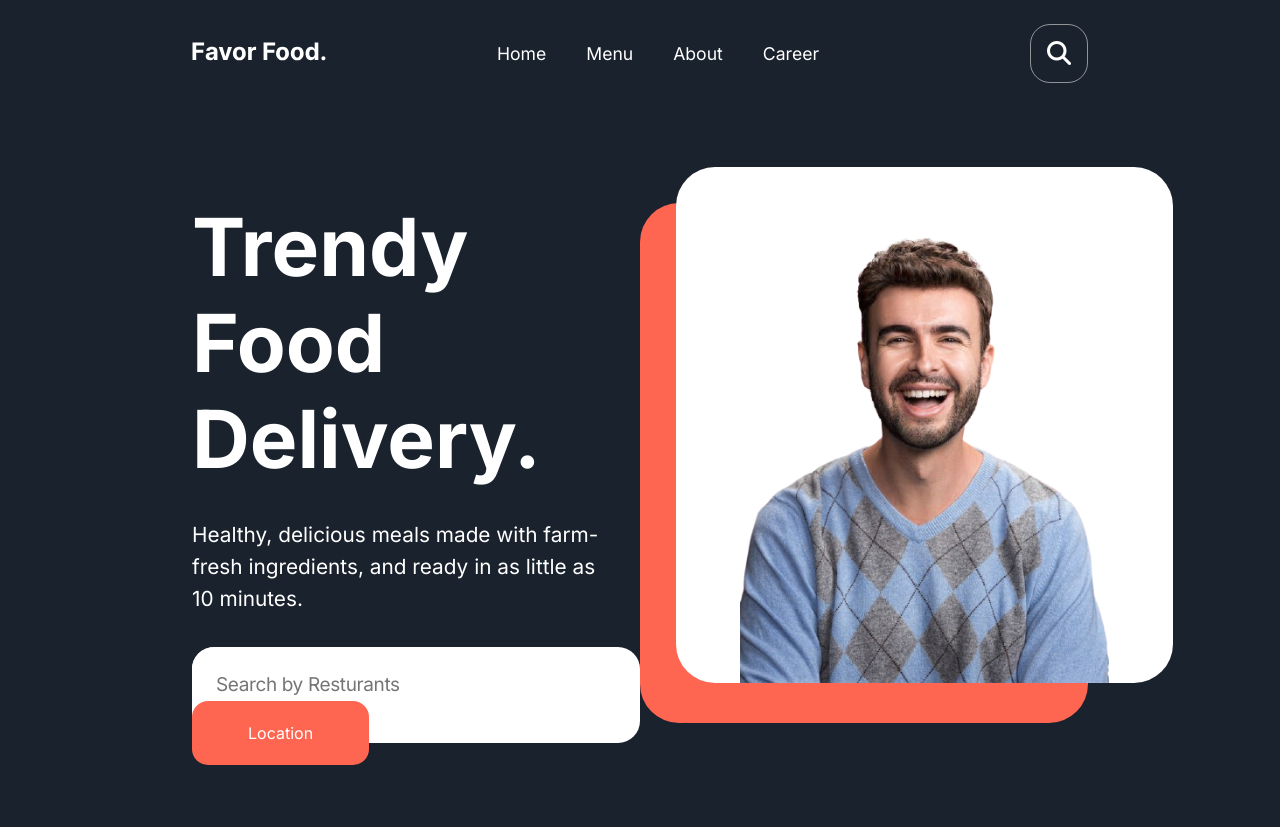
Repository: badhon252/favor-food
Page: index.html
An editor plug-in stored every save of this project. The page is shown before and after the next save, followed by the edit.
The browser window is 1280 px wide. The pictures show the whole page.
The style sheet was rebuilt from its Sass, Less or Tailwind sources for each picture, by a compiler version that may differ from the author's.

Above is the page before, as saved 2022-09-10 16:42:02.

### index.html
<!DOCTYPE html>
<html lang="en">

<head>
    <meta charset="UTF-8">
    <meta http-equiv="X-UA-Compatible" content="IE=edge">
    <meta name="viewport" content="width=device-width, initial-scale=1.0">
    <!-- fontawesome cdn link  -->
    <link rel="stylesheet" href="https://cdnjs.cloudflare.com/ajax/libs/font-awesome/6.2.0/css/all.min.css">
    <!-- custom css  -->
    <link rel="stylesheet" href="scss/style.css">

    <title>Favor-Food</title>
</head>

<body>
    <header class="">
        <div class="container">

            <nav>
                <div class="navbar-brand">
                    <img src="./images/logo.svg" alt="">
                </div>
                <ul class="nav">
                    <li><a href="">Home</a></li>
                    <li><a href="">Menu</a></li>
                    <li><a href="">About</a></li>
                    <li><a href="">Career</a></li>
                </ul>

                <div class="search-icon">
                    <i class="fa-solid fa-magnifying-glass"></i>
                </div>
            </nav>

            <div class="header-content">
                <div class="row">


                    <div class="col-md-6">
                        <h1>Trendy Food <br> Delivery.</h1>
                        <p class="my-5">Healthy, delicious meals made with farm- <br> fresh ingredients, and ready in as
                            little as <br>
                            10 minutes.
                        </p>
                        <form action="">
                            <input type="text" id="location" placeholder="Search by Resturants">
                            <label for="location">Location</label>
                        </form>
                    </div>
                    <div class="col-md-6">
                        <div class="card my-3">
                            <div class="img">
                                <img src="./images/image 624.svg" alt="">
                            </div>
                        </div>
                    </div>
                </div>
            </div>
        </div>
    </header>
</body>

</html>

### scss/style.scss
@import url("https://fonts.googleapis.com/css2?family=Inter:wght@400;600;700;800;900&display=swap");
* {
  margin: 0%;
  padding: 0;
  box-sizing: border-box;
  font-family: "Inter", sans-serif;
}

.container {
  margin: 0 12rem;
}
.row {
  display: flex;
  align-items: center;
  justify-content: space-between;
  max-width: 100%;
  .col-md-6 {
    max-width: 50%;
  }
}
h1 {
  font-weight: 700;
  font-size: 5rem;
  line-height: 96px;
}
.my-2 {
  margin: 2rem 0;
}
.my-3 {
  margin: 3rem 0;
}
.my-4 {
  margin: 4rem 0;
}
.my-5 {
  margin: 5rem 0;
}
.my-5 {
  margin: 5rem 0;
}
.my-6 {
  margin: 6rem 0;
}
header {
  background-color: #1a222d;
  color: #fff;
  nav {
    display: flex;
    justify-content: space-between;
    align-items: center;
    padding: 1.5rem 0;
    ul {
      display: flex;
      li {
        list-style-type: none;
        a {
          text-decoration: none;
          color: #fff;
          margin-right: 2.5rem;
          font-size: 1.1rem;
          font-weight: 500;
        }
      }
    }

    .search-icon {
      color: #fff;
      border: 1px solid rgba(255, 255, 255, 0.521);
      border-radius: 50%;
      padding: 1rem;
      border-radius: 20px;
      cursor: pointer;
      &:hover {
        opacity: 1;
      }
      i {
        font-size: 1.5rem;
      }
    }
  }

  .header-content {
    min-height: 100vh;
    padding: 3rem 0;
    h1 {
      margin: 1rem 0;
    }
    p {
      font-size: 1.3rem;
      font-weight: 500;
      margin: 2rem 0;
      line-height: 32px;
    }
    form {
      display: inline-block;
      border-radius: 22px;
      background: #ffffff;
      input {
        padding: 1.5rem;
        font-size: 19px;
        line-height: 28px;
        letter-spacing: -0.02em;
        outline: none;
        border: none;
        color: #a79a9a;
        border-radius: 22px;
      }
      label {
        background: #ff6652;
        border-radius: 16px;
        padding: 1.4rem 3.5rem;
        margin-right: 0.6rem;
        cursor: pointer;
      }
    }

    .card {
      background: #ff6652;
      border-radius: 39px;
      // padding: 0 4rem;

      img {
        background-color: #fff;
        padding: 0 4rem;
        border-radius: 39px;
        position: relative;
        margin-left: 8%;
        margin-bottom: 8%;
        margin-top: -8%;

        // padding-left: 3rem;
        // &:hover {
        //   margin: -2rem -2rem auto auto;
        // }
      }
    }
  }
}

After the next save:
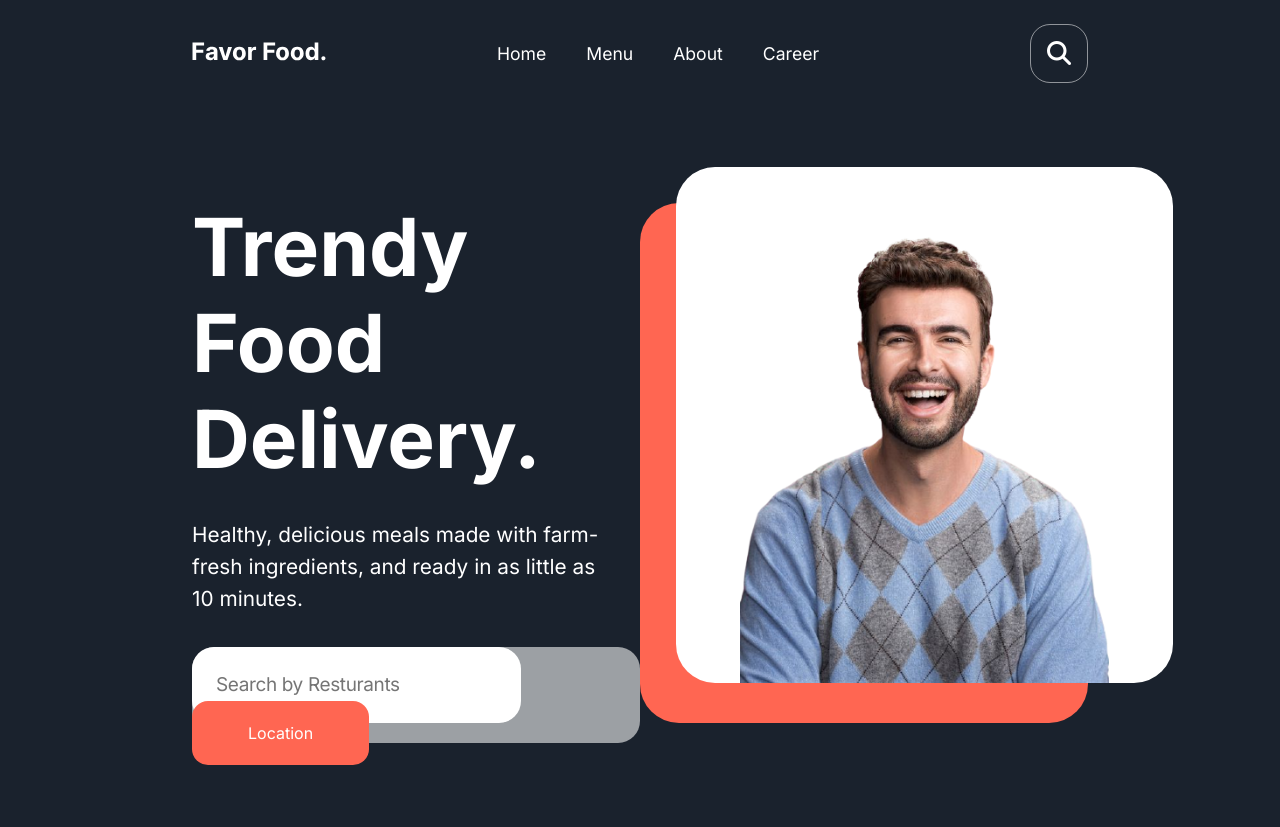
Saved 6 s later.
--- a/scss/style.scss
+++ b/scss/style.scss
@@ -94,7 +94,7 @@
     form {
       display: inline-block;
       border-radius: 22px;
-      background: #ffffff;
+      background: #ffffff91;
       input {
         padding: 1.5rem;
         font-size: 19px;

After the save that followed:
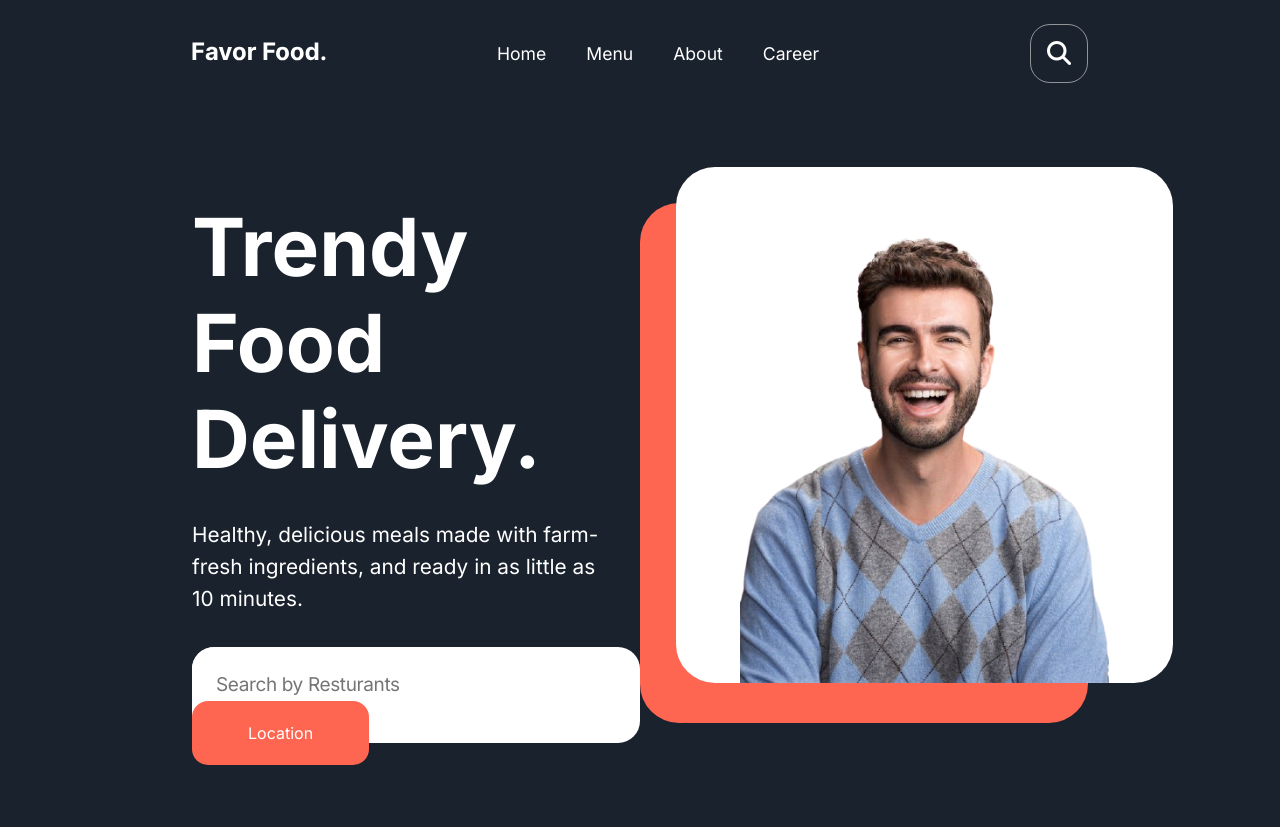
Saved 9 s later.
--- a/scss/style.scss
+++ b/scss/style.scss
@@ -94,7 +94,7 @@
     form {
       display: inline-block;
       border-radius: 22px;
-      background: #ffffff91;
+      background: #ffffff;
       input {
         padding: 1.5rem;
         font-size: 19px;
